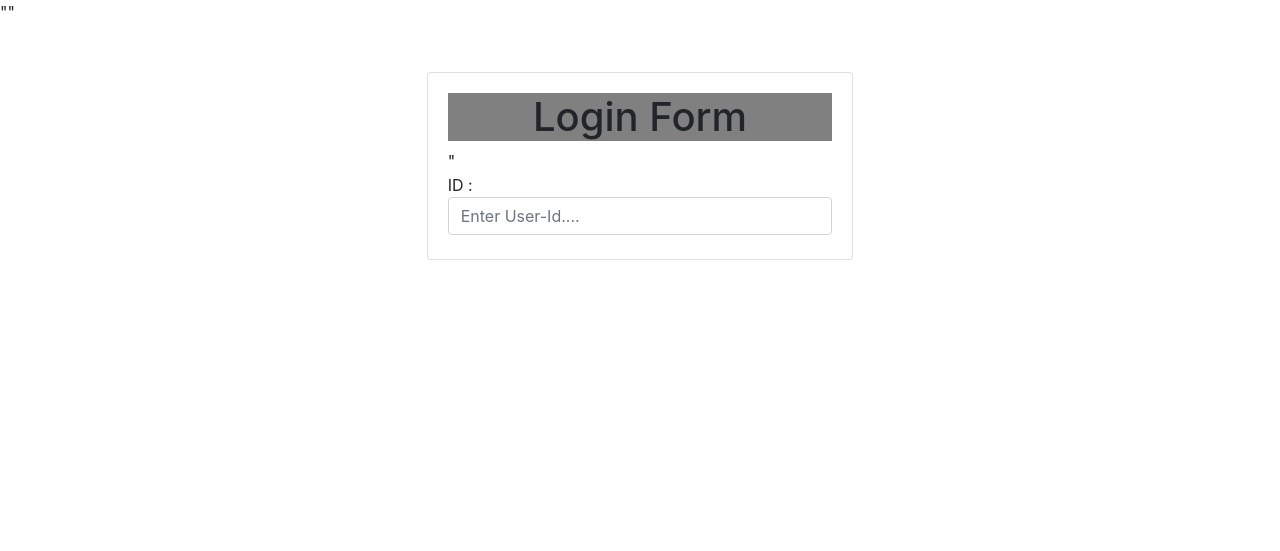
Repository: abhinavk718/servlet-project
Page: http://localhost/empwebapp/login.jsp
An editor plug-in stored every save of this project. The page is shown before and after the next save, followed by the edit.
The browser window is 1280 px wide. The pictures show the whole page.
The page is served by Tomcat 9.

Above is the page before, as saved 2019-11-18 11:36:41.

After the next save:
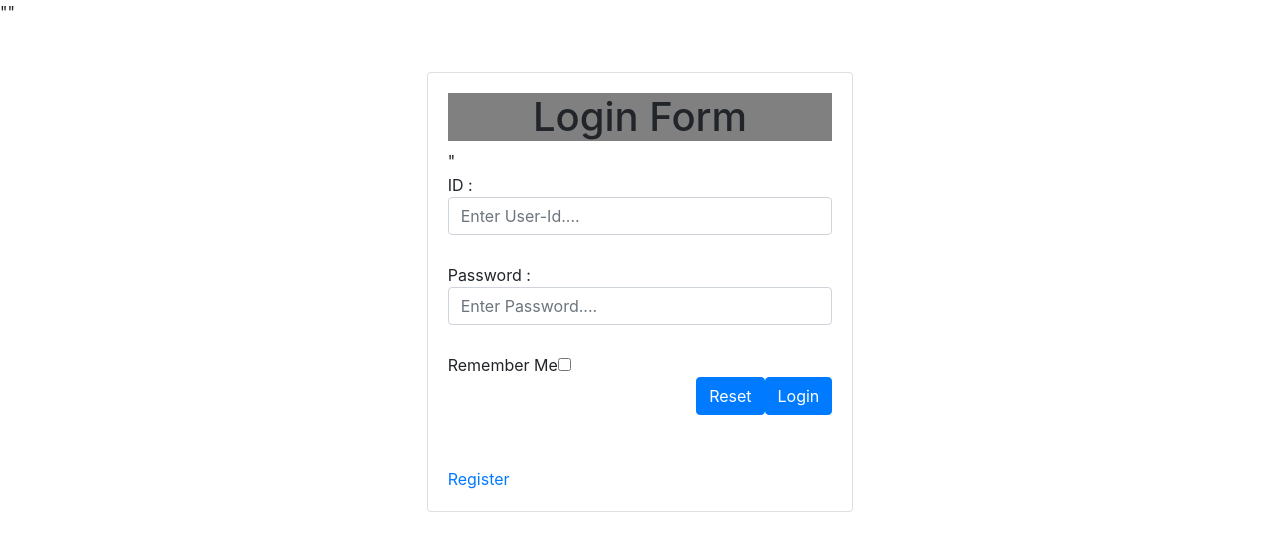
Saved 4 min 25 s later.
--- a/empwebapp/WebContent/login.jsp
+++ b/empwebapp/WebContent/login.jsp
@@ -12,5 +12,21 @@
     <h1 class='text-center' style='background-color: gray;'>Login Form</h1>"
     <div class='formgroup'>
     ID : <input type='number' name='id' value='" + id+ "' class='form-control mb-1' placeholder='Enter User-Id....'>
+    </div>
+    <br>
+    <div class='formgroup'>
+    Password : <input type='password' name='password' class='form-control mb-1' placeholder='Enter Password....'>
+    </div>
+    <br>
+    <div class='formgroup'>
+    Remember Me<input type='checkbox' value='checked' name='rememberme'>
+    </div>
+    <div class='formgroup'>
+     <button type='submit' class='btn btn-primary float-right mb-1' >Login</button>
+     <button type='reset' class='btn btn-primary float-right mb-1' >Reset</button>
+     </div>
+     <br><br>
+     <a href='./register.html'> Register</a>
+     </form>
 </body>
 </html>
